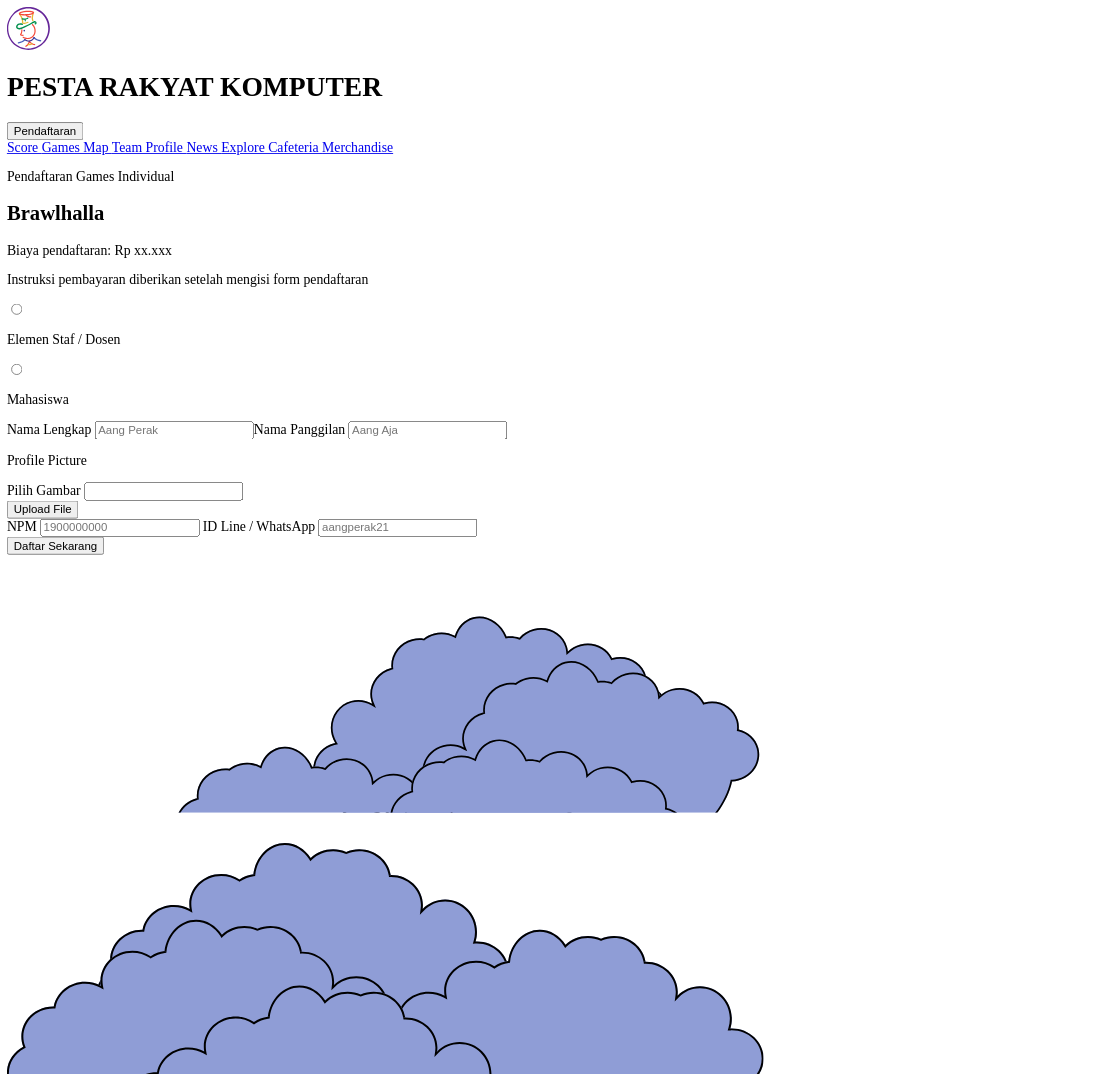
Repository: risalstrr/RegistPerak
Page: /
The author's editor kept a copy of each file at every save. The page is drawn from the files as they stood at one save, then again after the next save.
The browser window is 1280 px wide. The pictures show the whole page, at 86% of full size.
The project was rebuilt for these pictures with package versions that can differ from the ones it lists, and the page was loaded fresh each time. The framework's server and built-in components were replaced by stand-ins that run in the browser. Also part of the build but not shown: next.config.js.

Above is the page before, as saved 2021-12-31 00:40:05.

### pages/index.js
import Head from 'next/head'
import Image from 'next/image'
import { useState } from 'react'
// import styles from '../styles/Home.module.css'

export default function Home() {
    const [isMobile, setIsMobile] = useState(false)
    return ( <
        div className = "bg-[#EBC761] w-full h-full font-['Montserrat']" >
        <
        Head >
        <
        title > Homepage Pendaftaran < /title> <
        /Head> <
        div className = ' flex flex-col lg:flex-row bg-[#F1D78E]' >
        <
        div className = 'bg-[#F1D78E] border-b lg:border-b-0 flex items-center justify-between' >
        <
        div className = 'flex items-center' >
        <
        div className = 'relative pt-2 pl-2' >
        <
        Image src = "/logoPerak.svg"
        width = { 50 }
        height = { 50 }
        alt = "logoPerak" /
        >
        <
        /div> <
        div className = "text-sm md:pr-10 pl-3 font-bold " >
        <
        h1 > PESTA RAKYAT KOMPUTER < /h1> <
        /div> <
        /div> <
        div className = 'pr-5 block lg:hidden' >
        <
        button className = 'font-bold font-sans'
        onClick = {
            () => setIsMobile(true) } > Pendaftaran < /button> <
        /div> <
        /div> <
        div className = 'lg:flex flex-col lg:flex-row justify-end bg-[#F1D78E] w-full py-4 lg:py-0 hidden md:hidden' >
        <
        div className = ' flex flex-col lg:flex-row' >
        <
        a href = "#"
        className = "block px-4 py-3 lg:py-4 text-sm font-bold " > Score < /a> <
        a href = "#"
        className = "block px-4 py-3 lg:py-4 text-sm font-bold " > Games Map < /a> <
        a href = "#"
        className = "block px-4 py-3 lg:py-4 text-sm font-bold " > Team Profile < /a> <
        a href = "#"
        className = "block px-4 py-3 lg:py-4 text-sm font-bold " > News < /a> <
        a href = "#"
        className = "block px-4 py-3 lg:py-4 text-sm font-bold " > Explore Cafeteria < /a> <
        a href = "#"
        className = "block px-4 py-3 lg:py-4 text-sm font-bold " > Merchandise < /a> <
        /div> <
        /div> <
        /div>   <
        div className = "pl-10 pr-10 pt-10 text-[#6A7CC8] text-[50px] font-extrabold" >
        <
        p > Pendaftaran Games Individual < /p> <
        /div> <
        div className = "pl-10 text-white text-[28px] font-['MADE Sunflower'] font-[900]" >
        <
        h2 > Brawlhalla < /h2> <
        /div> <
        div className = "pl-10 pt-5 text-black text-[15px] font-extrabold" >
        <
        p > Biaya pendaftaran: Rp xx.xxx < /p> <
        /div> <
        div className = "pl-10 pr-10 text-black text-[10px] " >
        <
        p > Instruksi pembayaran diberikan setelah mengisi form pendaftaran < /p> <
        /div>

        <
        div className = "flex pl-10 pr-10 pt-5 pb-5 items-center " >
        <
        input type = "radio"
        className = "indeterminate:bg-gray-300 ..." / >
        <
        p className = 'mr-12' > Elemen Staf / Dosen < /p> <
        input type = "radio"
        className = "indeterminate:bg-gray-300 ..." / >
        <
        p > Mahasiswa < /p> <
        /div>

        <
        label className = "block pl-10" >
        <
        span class = "after:ml-0.5 after:text-red-500 block text-sm font-medium text-gray-700 " >
        Nama Lengkap <
        /span> <
        input type = "text"
        name = "namaLengkap"
        class = "mt-1 px-3 py-2 bg-white border shadow-sm w-4/12 border-gray-300 placeholder-gray-400 focus:outline-none focus:border-sky-500 focus:ring-sky-500 block rounded-md sm:text-sm focus:ring-1"
        placeholder = "Aang Perak" / >
        <
        /label>

        <
        label className = "block pl-10 pt-3" >
        <
        span class = "after:ml-0.5 after:text-red-500 block text-sm font-medium text-gray-700 " >
        Nama Panggilan <
        /span> <
        input type = "text"
        name = "namaPanggilan"
        class = "mt-1 px-3 py-2 bg-white border shadow-sm w-4/12 border-gray-300 placeholder-gray-400 focus:outline-none focus:border-sky-500 focus:ring-sky-500 block rounded-md sm:text-sm focus:ring-1"
        placeholder = "Aang Aja" / >
        <
        /label> <
        div className = "block pl-10 pt-3 " >
        <
        p > Profile Picture < /p> <
        /div>

        <
        div className = 'space-y-10 md:grid md:grid-cols-5 pl-10' >
        <
        div className = ' w-36 h-36 rounded-lg shadow-2xl bg-[#2E1145]' >
        <
        /div> { /* <div className='pt-10 md:flex md:flex-col'> */ } <
        label className = "pt-10 pr-10 md:flex md:flex-col" >
        <
        span class = "after:ml-0.5 after:text-red-500 block text-sm font-medium text-gray-700 " >
        Pilih Gambar <
        /span> <
        input type = "text"
        name = "pilih gambar"
        class = "mt-1 px-3 py-2 bg-white border shadow-sm w-9/12 border-gray-300 placeholder-gray-400 focus:outline-none focus:border-sky-500 focus:ring-sky-500 block rounded-md sm:text-sm focus:ring-1" / >
        <
        /label> <
        /div>

        <
        div className = 'block pl-10 pt-3' >
        <
        button className = "rounded-lg w-28 h-10 transition ease-in-out delay-150 bg-[#CC9D1A] hover:-translate-y-1 hover:scale-110 hover:bg-[#F1D78E] duration-300 ... " >
        Upload File <
        /button> <
        /div> <
        label className = "block pl-10 pt-10" >
        <
        span class = "after:ml-0.5 after:text-red-500 block text-sm font-medium text-gray-700 " >
        NPM <
        /span> <
        input type = "text"
        name = "NPM"
        class = "mt-1 px-3 py-2 bg-white border shadow-sm w-4/12 border-gray-300 placeholder-gray-400 focus:outline-none focus:border-sky-500 focus:ring-sky-500 block rounded-md sm:text-sm focus:ring-1"
        placeholder = "1900000000" / >
        <
        /label> <
        label className = "block pl-10 pt-10" >
        <
        span class = "after:ml-0.5 after:text-red-500 block text-sm font-medium text-gray-700 " >
        ID Line / WhatsApp <
        /span> <
        input type = "text"
        name = "id"
        class = "mt-1 px-3 py-2 bg-white border shadow-sm w-4/12 border-gray-300 placeholder-gray-400 focus:outline-none focus:border-sky-500 focus:ring-sky-500 block rounded-md sm:text-sm focus:ring-1"
        placeholder = "aangperak21" / >
        <
        /label>

        <
        div className = 'block pl-10 pt-10 pb-20' >
        <
        button className = "rounded-lg lg:w-4/12 lg:h-10 w-5/12 h-12 transition ease-in-out delay-150 bg-[#028F4D] hover:-translate-y-1 hover:scale-110 hover:bg-[#03F182] duration-300 ..." >
        Daftar Sekarang <
        /button> <
        /div>

        {
            /* <div className='absolute top-40 right-80'>
                    <Image
                      src="/kuning.svg"
                      width = {330}
                      height = {300}
                      alt = "kuning"
                    />
                  </div> */
        } <
        div className = 'hidden lg:block lg:absolute -bottom-14 right-0' >
        <
        Image src = "/rightcloud.svg"
        width = { 880 }
        height = { 300 }
        alt = "cloud" /
        >

        <
        /div> <
        div className = 'hidden lg:block lg:absolute -bottom-14 -left-6' >
        <
        Image src = "/leftcloud.svg"
        width = { 880 }
        height = { 300 }
        alt = "cloud" /
        >

        <
        /div> {
            /* <div className='lg:block lg:absolute top-10 right-0'>
                    <Image
                      src="/biru.svg"
                      width = {270}
                      height = {240}
                      alt = "biru"
                    />
                  </div>  */
        } <
        /div>
    )
}

After the next save:
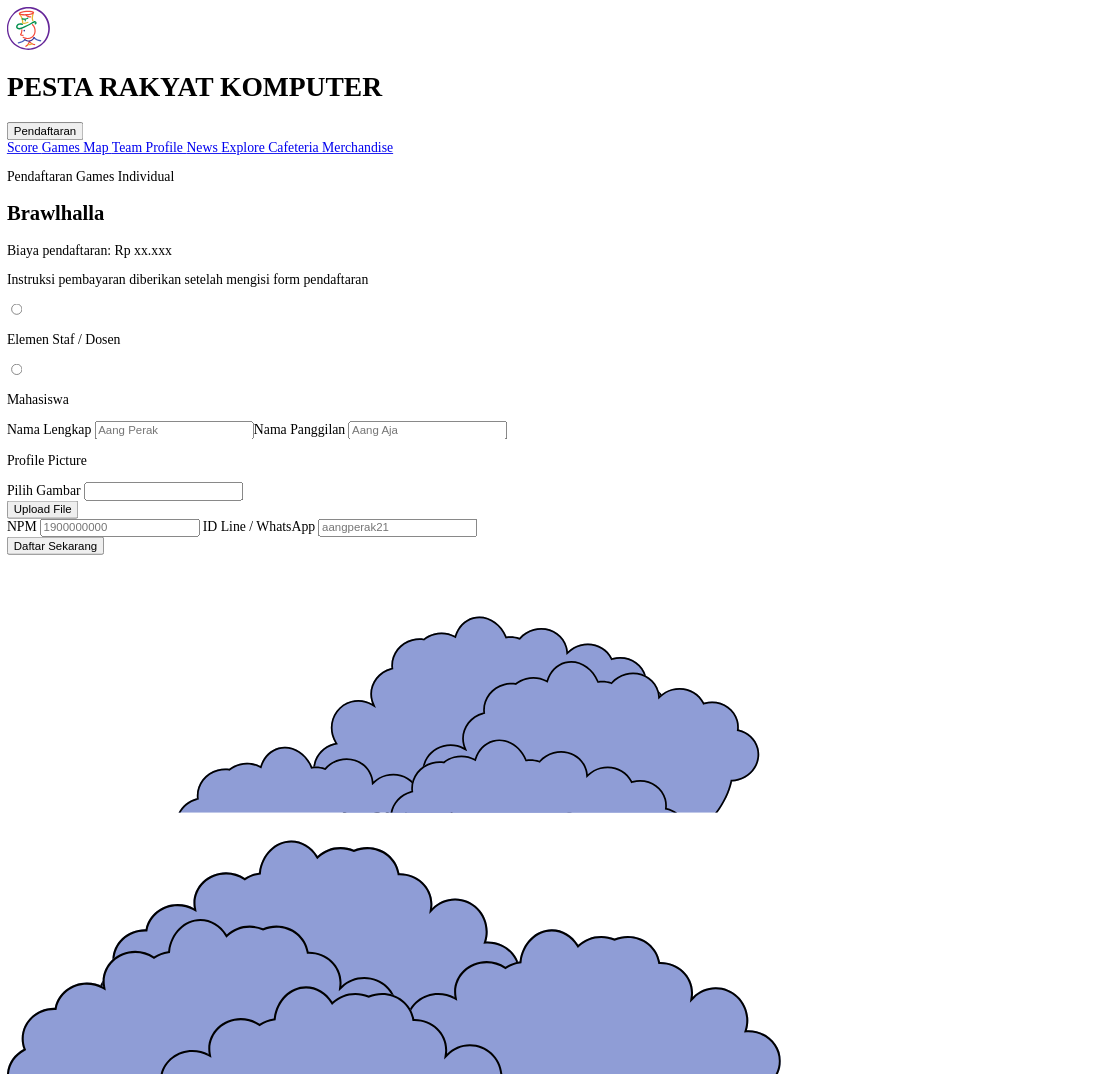
Saved 8 s later.
--- a/pages/index.js
+++ b/pages/index.js
@@ -197,7 +197,7 @@
         div className = 'hidden lg:block lg:absolute -bottom-14 -left-6' >
         <
         Image src = "/leftcloud.svg"
-        width = { 880 }
+        width = { 900 }
         height = { 300 }
         alt = "cloud" /
         >

After the save that followed:
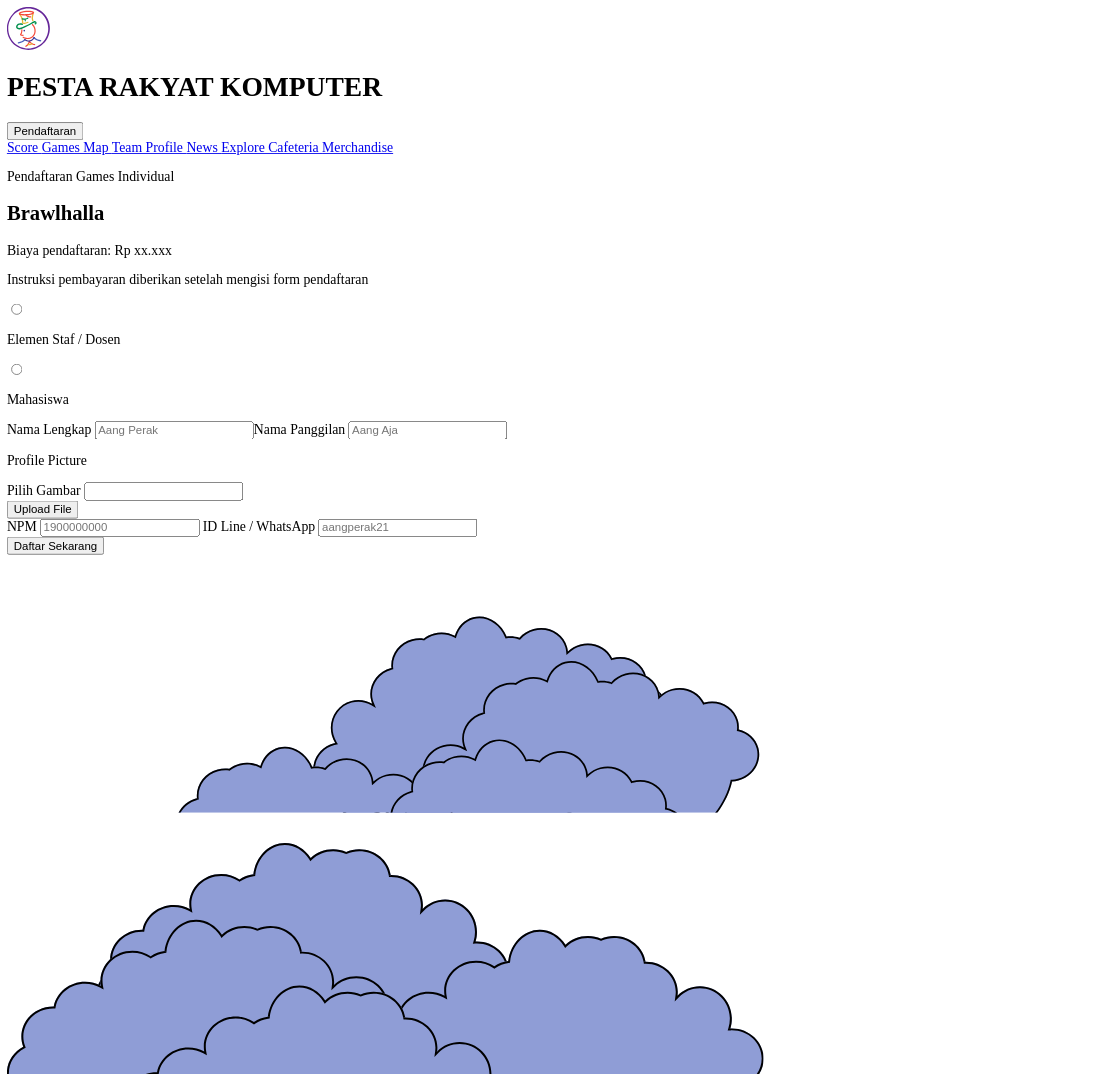
Saved 5 s later.
--- a/pages/index.js
+++ b/pages/index.js
@@ -197,7 +197,7 @@
         div className = 'hidden lg:block lg:absolute -bottom-14 -left-6' >
         <
         Image src = "/leftcloud.svg"
-        width = { 900 }
+        width = { 880 }
         height = { 300 }
         alt = "cloud" /
         >
